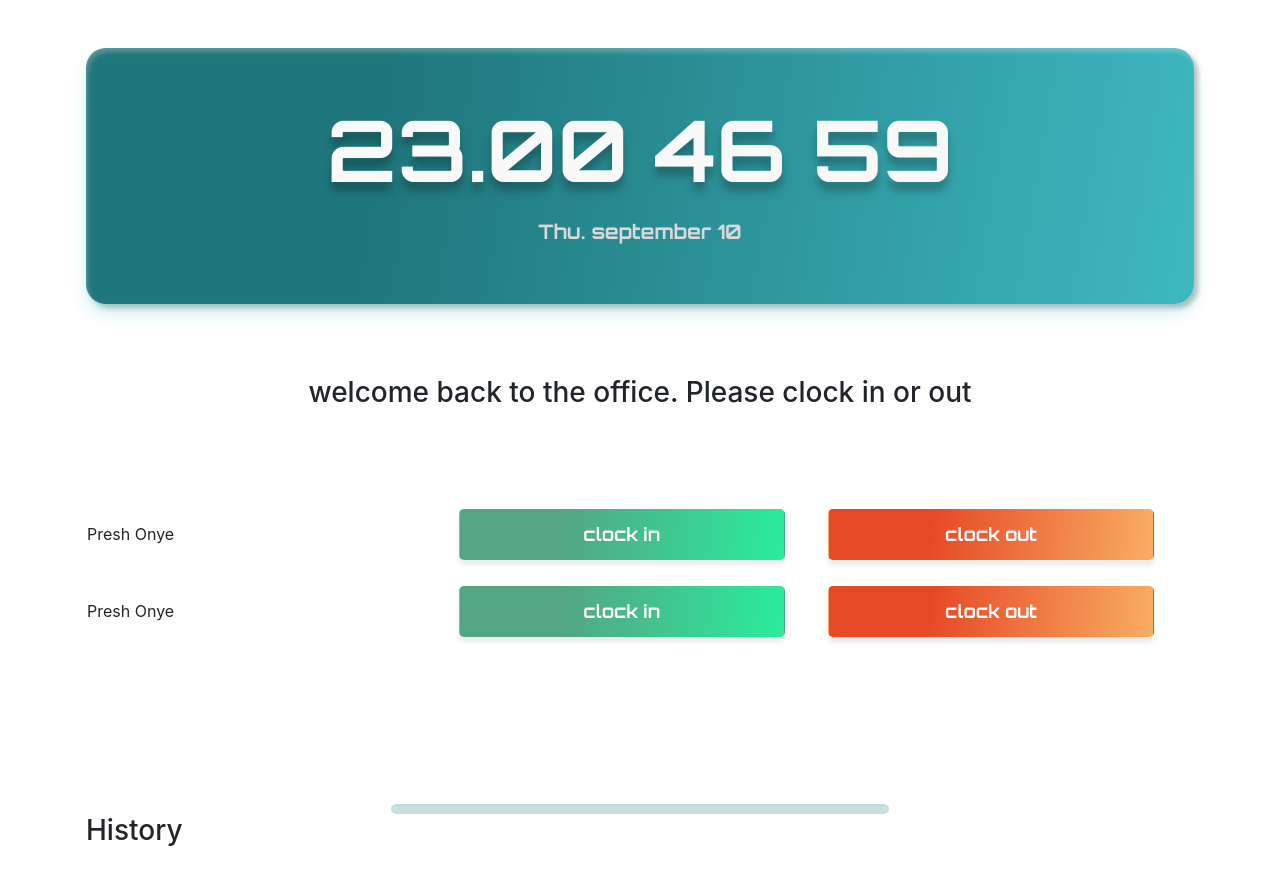
Repository: giprim/clocker
Page: /
The author's editor kept a copy of each file at every save. The page is drawn from the files as they stood at one save, then again after the next save.
The browser window is 1280 px wide. The pictures show the whole page.
The project was rebuilt for these pictures with package versions that can differ from the ones it lists, and the page was loaded fresh each time.

Above is the page before, as saved 2020-09-11 00:03:36.

### src/App.tsx
import React from 'react';
import './App.css';

function App() {
  const currentTime = () => {
    let date = new Date();

    return `${date
      .getHours()
      .toFixed(2)} ${date.getMinutes()} ${date.getSeconds()}`;
  };

  console.log(currentTime());

  return (
    <div className='container py-4'>
      {/* clock section */}
      <div className='clock-box effect p-2 py-md-5 mt-4'>
        <div className='row'>
          <div className='col-12'>
            <h4 className='display-3 text-center'>
              {currentTime().toString()}
            </h4>
          </div>
          <div className='col-12 text-center mt-2 mb-1'>
            <h6>Thu. september 10</h6>
          </div>
        </div>
      </div>

      {/* welcome  */}
      <p className='text-center my-5 py-4 h3'>
        welcome back to the office. Please clock in or out
      </p>

      <table>
        <thead>
          <tr>
            <th></th>
            <th></th>
            <th></th>
          </tr>
        </thead>
        <tbody>
          <tr>
            <td>Presh Onye</td>
            <td className='row justify-content-evenly'>
              <button className='btn clockin col-5'> clock in</button>
              <button className='btn clockout col-5'> clock out</button>
            </td>
          </tr>
          <tr>
            <td>Presh Onye</td>
            <td className='row justify-content-evenly'>
              <button className='btn clockin col-5'> clock in</button>
              <button className='btn clockout col-5'> clock out</button>
            </td>
          </tr>
        </tbody>
      </table>

      <hr />
      <h3 className=''>History</h3>
    </div>
  );
}

export default App;

### src/App.css
@import url('https://fonts.googleapis.com/css2?family=Orbitron:wght@400;500;600;700;800;900&family=Work+Sans:ital,wght@0,100;0,200;0,400;0,600;0,700;1,500&display=swap');

.clock-box {
  background: linear-gradient(99.35deg, #1f767c 26.99%, #42c1ca 110.13%);
  box-shadow: 0px 10px 15px rgba(66, 193, 202, 0.23),
    4px 4px 5px rgba(0, 0, 0, 0.25), inset 2px 4px 5px rgba(255, 255, 255, 0.25);
  border-radius: 20px;
  position: relative;
  z-index: 10;
}

.clock-box h4 {
  font-family: Orbitron;
  font-style: normal;
  font-weight: bold;
  font-size: 85px;
  line-height: 107px;
  /* identical to box height */

  color: #f9f9f9;

  text-shadow: 0px 9px 9px rgba(0, 0, 0, 0.25);
}

.clock-box h6 {
  font-family: Orbitron;
  font-style: normal;
  font-weight: bold;
  font-size: 20px;
  line-height: 25px;
  /* identical to box height */

  color: #d9d9d9;
}

.clockout,
.clockin {
  font-family: Orbitron;
  font-style: normal;
  font-weight: bold;
  font-size: 18px;
  line-height: 23px;
  /* identical to box height */
  padding-top: 13px;
  padding-bottom: 13px;
  color: #ffffff;
  transition: ease-in 0.13s;
}

/* table.table {
  border: none;
} */

.clockin:hover,
.clockout:hover {
  color: white;
  transform: translateY(-5px);
}

.clockin {
  background: linear-gradient(97.12deg, #54a583 31.21%, #21fca1 115.81%);
  box-shadow: 0px 5px 4px rgba(128, 128, 128, 0.15);
  border-radius: 5px;
}

.clockout {
  background: linear-gradient(
    97.12deg,
    #e64926 31.21%,
    rgba(252, 176, 63, 0.74) 115.81%
  );
  box-shadow: 0px 6px 4px rgba(128, 128, 128, 0.15);
  border-radius: 5px;
}

table {
  width: 100%;
}

table tr td {
  padding-top: 25px;
}

hr {
  border-radius: 15px;
  margin: 0% auto;
  margin-top: 15%;
  width: 45%;
  padding: 5px;
  background: #20777c;
}

Loaded but not shown: public/index.html (common file); src/index.tsx (common file); src/index.css (common file); src/serviceWorker.ts (common file)

After the next save:
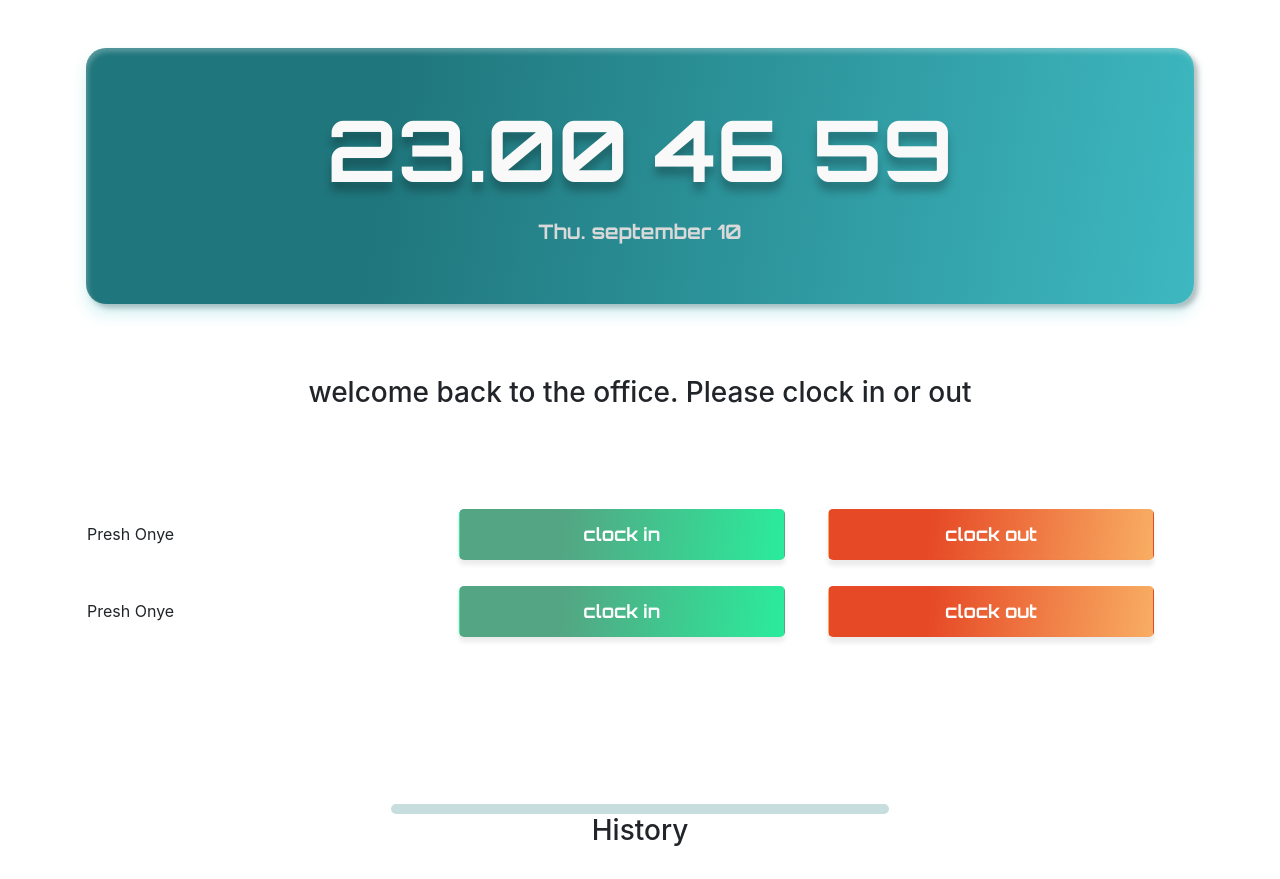
Saved 8 s later.
--- a/src/App.tsx
+++ b/src/App.tsx
@@ -60,7 +60,7 @@ function App() {
       </table>
 
       <hr />
-      <h3 className=''>History</h3>
+      <h3 className='text-center'>History</h3>
     </div>
   );
 }
